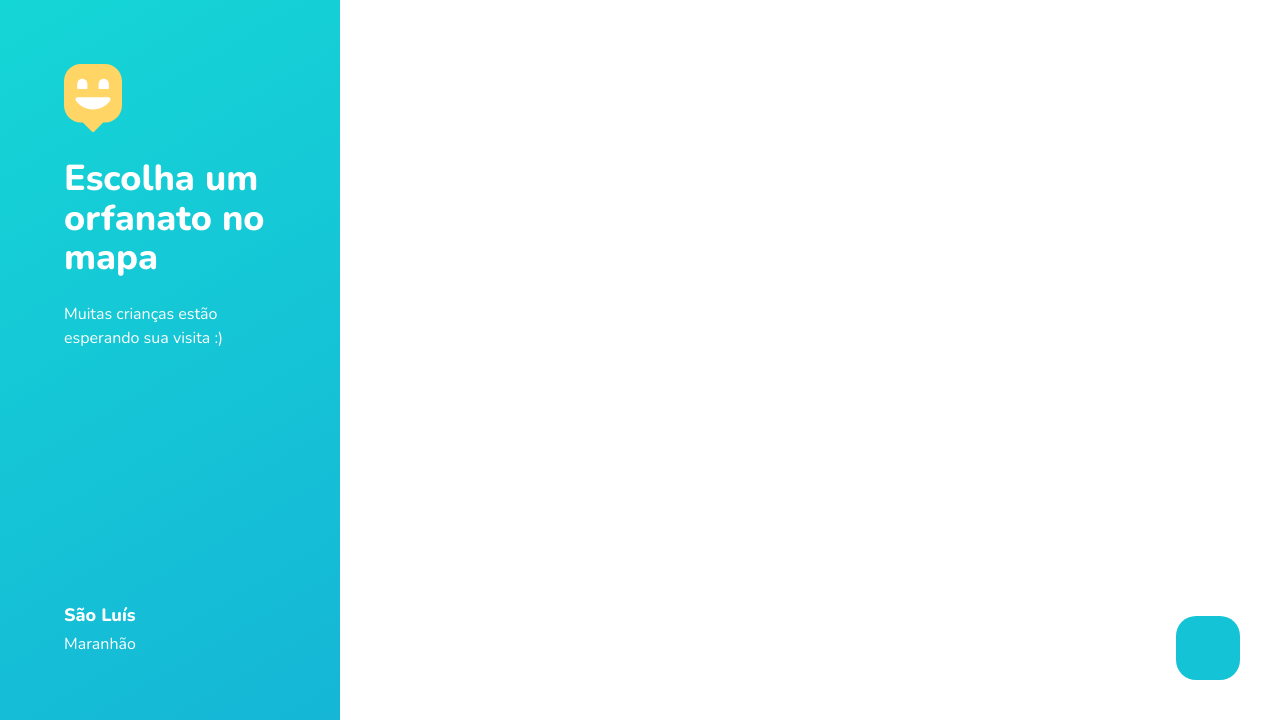
Repository: SrtaPoe/nlw
Page: orphanages.html
The author's editor kept a copy of each file at every save. The page is drawn from the files as they stood at one save, then again after the next save.
The browser window is 1280 px wide. The pictures show the whole page.
Some web libraries are served in a nearby version.

Above is the page before, as saved 2020-10-15 16:52:30.

### orphanages.html
<!DOCTYPE html>
<html lang="pt_BR">
  <head>
    <meta charset="UTF-8" />
    <meta name="viewport" content="width=device-width, initial-scale=1.0" />
    <meta http-equiv="X-UA-Compatible" content="ie=edge" />
    <title>Localize um orfanato | Happy</title>
    <link rel="stylesheet" href="https://unpkg.com/leaflet@1.7.1/dist/leaflet.css"
   integrity="sha512-xodZBNTC5n17Xt2atTPuE1HxjVMSvLVW9ocqUKLsCC5CXdbqCmblAshOMAS6/keqq/sMZMZ19scR4PsZChSR7A=="
   crossorigin=""/>
    <!-- Make sure you put this AFTER Leaflet's CSS -->
 <script src="https://unpkg.com/leaflet@1.7.1/dist/leaflet.js"
 integrity="sha512-XQoYMqMTK8LvdxXYG3nZ448hOEQiglfqkJs1NOQV44cWnUrBc8PkAOcXy20w0vlaXaVUearIOBhiXZ5V3ynxwA=="
 crossorigin=""></script>
    <link rel="icon" href="./public/images/logo-icon.png" />
    <link rel="stylesheet" href="/public/css/main.css" />
    <link rel="stylesheet" href="/public/css/page-orphanages.css">
    <link rel="stylesheet" href="/public/css/animation.css">
    <link href="https://fonts.googleapis.com/css2?family=Nunito:wght@400;600;800&display=swap" rel="stylesheet">
  </head>
  <body>
    <div id="page-orphanages">
      <aside class="animate-right">

        <header>
        <img src="./public/images/map-marker.svg" alt="Happy">
          <h2>Escolha um orfanato no mapa</h2>

          <p>Muitas crianças estão esperando sua visita :)</p>
      </header>

      <footer>
        <strong>São Luís</strong>
        <p>Maranhão</p>
      </footer>
      </aside>

      <div id="mapid">

          <a href="create-orphanage.html" class="create-orphanage" title="Cadastre um orfanato"></a>
          <img src="./public/images/plus.svg" alt="Criar orfanato">
      </div>
    </div>

  </body>
</html>

### public/css/main.css
*{
    margin: 0;
    padding:0;
    box-sizing: border-box;
}

body {
    height:100vh;
    color: white;
}

:root{
    font-size: 62.5%;
}

body, input, button, textarea {
    font-weight: 400;
    line-height: 1;
    font-size: 1.8rem;
    font-family: 'Nunito', sans-serif;
}

### public/css/page-orphanages.css
#page-orphanages {
    width:100%;
    height: 100%;
    display:flex;
}

aside {
    width: clamp(34rem, 24vw, 44rem);
    background: linear-gradient(329.54deg, #15B6D6 0%, #15D6D6 100%);
    padding: clamp(3rem, 5vw, 8rem);
    display: flex;
    flex-direction: column;
    justify-content: space-between;
}

aside h2 {
    margin-top: 2.4rem;
    font: 800 clamp(2rem, 5vw, 3.6rem)/1.1 'Nunito', sans serif;
}

aside p {
    margin-top: 2.4rem;
    font: 400 1.6rem/1.5 'Nunito', sans serif;
}

aside footer p {
    margin-top: .8rem;
}

/*mapa botão */

a.create-orphanage {
    position: absolute;
    right: 4rem;
    bottom: 4rem;
    width: 6.4rem;
    height: 6.4rem;
    background: #15C3D6;
    border: 0;
    border-radius: 2rem;
    display: flex;
    align-items: center;
    justify-content: center;

    transition: background-color 200ms;
}

a.create-orphanage:hover {
    background: #17d6eb;
}

### public/css/animation.css
@keyframes up {
    from {
    opacity: 0;
    transform: translateY(16px);
    }
    to {
        opacity: 1;
        transform: translateY(0);
    }
}

@keyframes right {
    from {
        transform: translateX(-100%);
    }
    to {
        transform: translateX(0)
    }
}


.animate-up {
    animation-name: up;
    animation-duration: 300ms;
    animation-fill-mode: backwards;
}

.animate-right {
    animation-name: right;
    animation-duration: 300ms;
}

After the next save:
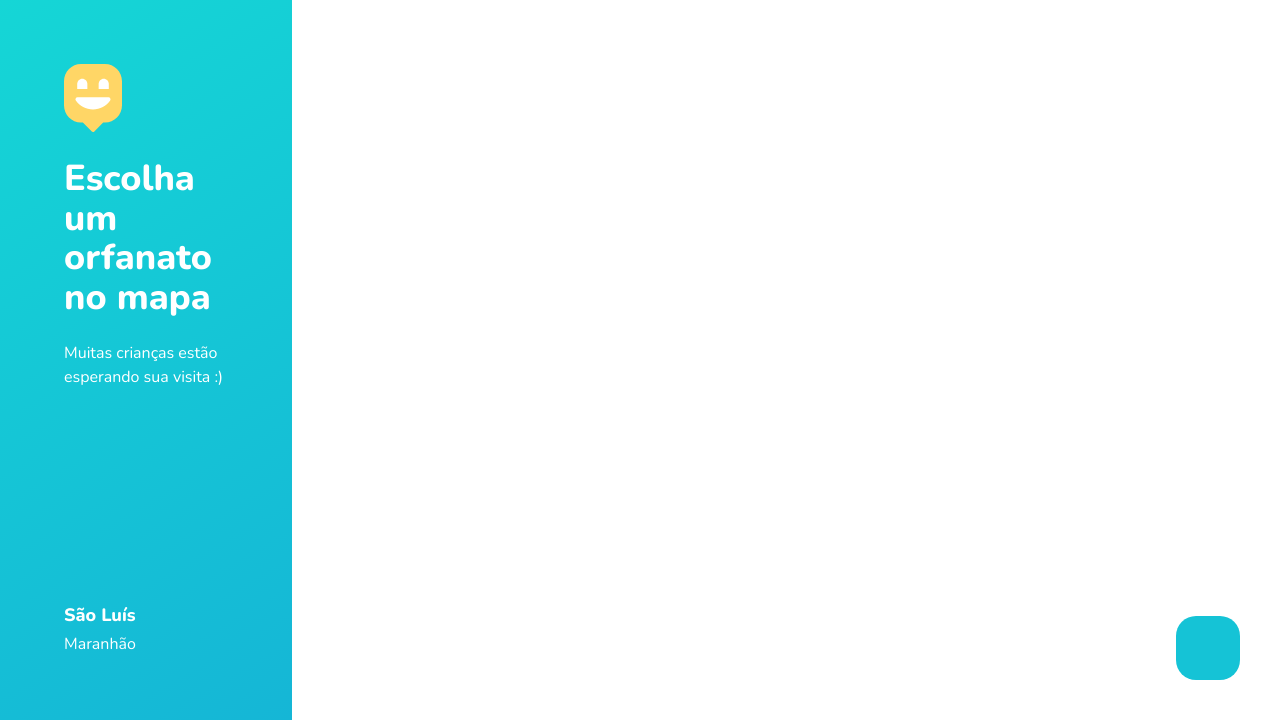
Saved 2 min 9 s later.
--- a/public/css/page-orphanages.css
+++ b/public/css/page-orphanages.css
@@ -25,6 +25,12 @@
 
 aside footer p {
     margin-top: .8rem;
+
+}
+
+#mapid {
+    width:100%;
+    height: 100%;
 }
 
 /*mapa botão */
